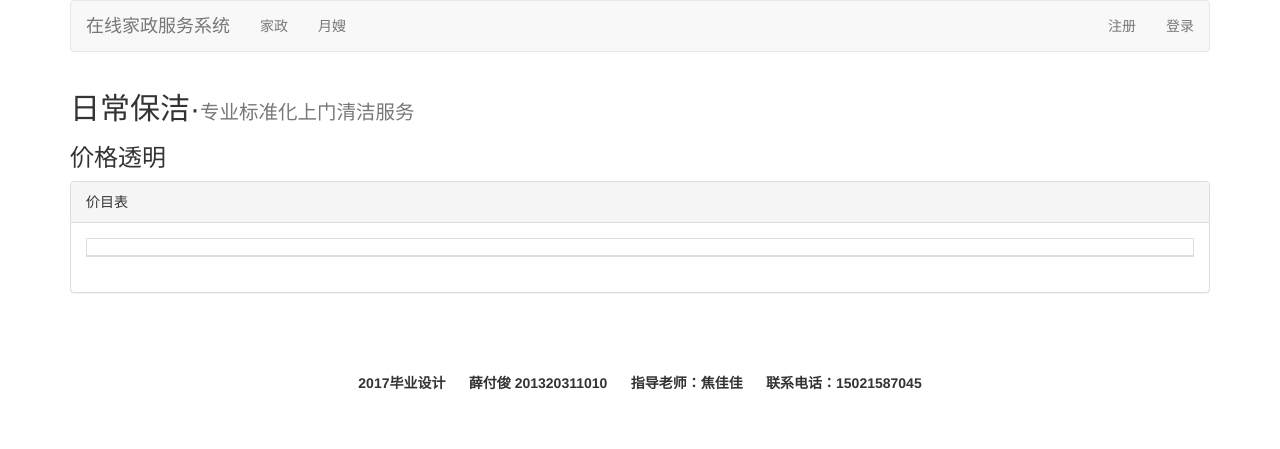
Repository: ELeonCXFJ/MyEclipseWS
Page: http://localhost/MyWeb/jsps/product/keeper/dailywork.jsp
The author's editor kept a copy of each file at every save. The page is drawn from the files as they stood at one save, then again after the next save.
The browser window is 1280 px wide. The pictures show the whole page.
The page is served by Tomcat 9. Nobody is signed in. The application's start-up code is not run. Other server files are loaded and not shown.

Above is the page before, as saved 2017-03-21 05:00:26.

### MyWeb/WebRoot/jsps/product/keeper/dailywork.jsp
<%@ page trimDirectiveWhitespaces="true" language="java" import="java.util.*" pageEncoding="UTF-8"%>
<%@ taglib prefix="c" uri="http://java.sun.com/jsp/jstl/core" %>

<!DOCTYPE html>
<html>
<head>
   <meta charset="utf-8">
   <title>日常保洁</title>
   <script src="<c:url value='/vendor/jquery/jquery.min.js'/>"></script>
   <script src="<c:url value='/vendor/bootstrap/js/bootstrap.min.js'/>"></script>
   <link rel="stylesheet" href="<c:url value='/vendor/bootstrap/css/bootstrap.min.css'/>" />

</head>
<body>

<div class="container">
	<div class="row clearfix">
	<c:import url="/top.jsp" />

		<div class="col-lg-12 col-md-12 col-xs-12 col-sm-12">
			<h2>日常保洁·<small>专业标准化上门清洁服务</small></h2>
			<h3>价格透明</h3>
			<div class="panel panel-default">
				<div class="panel-heading">
					价目表
				</div>
				<div class="panel-body">
					<table class="table table-bordered">
						<thead>
							<tr>
								<th>
							</tr>
						</thead>
					</table>
				</div>
			</div>
		</div>

	</div>
</div>	<!-- container -->
	<c:import url="/bottom.jsp"></c:import>
</body>
</html>

### MyWeb/WebRoot/top.jsp
<%@ page language="java" import="java.util.*" pageEncoding="UTF-8"%>
<%@ taglib prefix="c" uri="http://java.sun.com/jsp/jstl/core" %>

<!DOCTYPE html>
<html>
<head>
   <meta charset="utf-8">
   <title>导航栏</title>
</head>
<body>

<div class="container" align="center">
	<div class="row clearfix">
		<div class="col-lg-12 col-md-12 col-xs-12 col-sm-12">
			<nav class="navbar navbar-default" role="navigation">
				<div class="navbar-header">
					 <button type="button" class="navbar-toggle" data-toggle="collapse" data-target="#bs-example-navbar-collapse-1"> <span class="sr-only">Toggle navigation</span><span class="icon-bar"></span><span class="icon-bar"></span><span class="icon-bar"></span></button> <a class="navbar-brand" href="<c:url value='/index.jsp'/>">在线家政服务系统</a>
				</div>
				<div class="collapse navbar-collapse" id="bs-example-navbar-collapse-1">
					<ul class="nav navbar-nav">
						<li >
							 <a href="#">家政</a>
						</li>
						<li>
							 <a href="#">月嫂</a>
						</li>
					</ul>
					<ul class="nav navbar-nav navbar-right">
					<c:choose>
						<c:when test="${empty sessionScope.sessionUser }">
							<li>
								 <a href="<c:url value='/jsps/user/register.jsp'/>">注册</a>
							</li>
							<li>
								<a href="<c:url value='/jsps/user/login.jsp' />">登录</a>
							</li>
						</c:when>

						<c:otherwise>
							<li>
								 <a href="<c:url value='/OrderServlet?method=getMyOrder'/>">我的订单</a>
							</li>
							<li>
								 <a href="<c:url value='/jsps/user/pwd.jsp'/>">修改密码</a>
							</li>
							<li>
								 <a href="#">购物车</a>
							</li>
							<li>
								<a href="<c:url value="/UserServlet?method=exit"/>">退出</a>
							</li>
						</c:otherwise>
					</c:choose>
					</ul>
				</div>
			</nav>
		</div>
	</div>
</div>
</body>

### MyWeb/WebRoot/bottom.jsp
<%@ page language="java" import="java.util.*" pageEncoding="UTF-8"%>
<%@ taglib prefix="c" uri="http://java.sun.com/jsp/jstl/core" %>

<!DOCTYPE html>
<html>
<head>
   <meta charset="utf-8">
   <title>页脚</title>
   <link rel="stylesheet" href="./vendor/bootstrap/css/bootstrap.min.css">
   <script src="./vendor/bootstrap/js/bootstrap.min.js"></script>
</head>
<body>

	<div align="center">
		<label for=“bottom"></br></br></br>2017毕业设计&nbsp;&nbsp;&nbsp;&nbsp;&nbsp;&nbsp;薛付俊 201320311010&nbsp;&nbsp;&nbsp;&nbsp;&nbsp;&nbsp;指导老师：焦佳佳&nbsp;&nbsp;&nbsp;&nbsp;&nbsp;&nbsp;联系电话：15021587045</label>
	</div>
	<div style="display:none;">
		<label for="hide">bootstrapvalidator引用自：https://github.com/nghuuphuoc/bootstrapvalidator</label>
	</div>
</body>

After the next save:
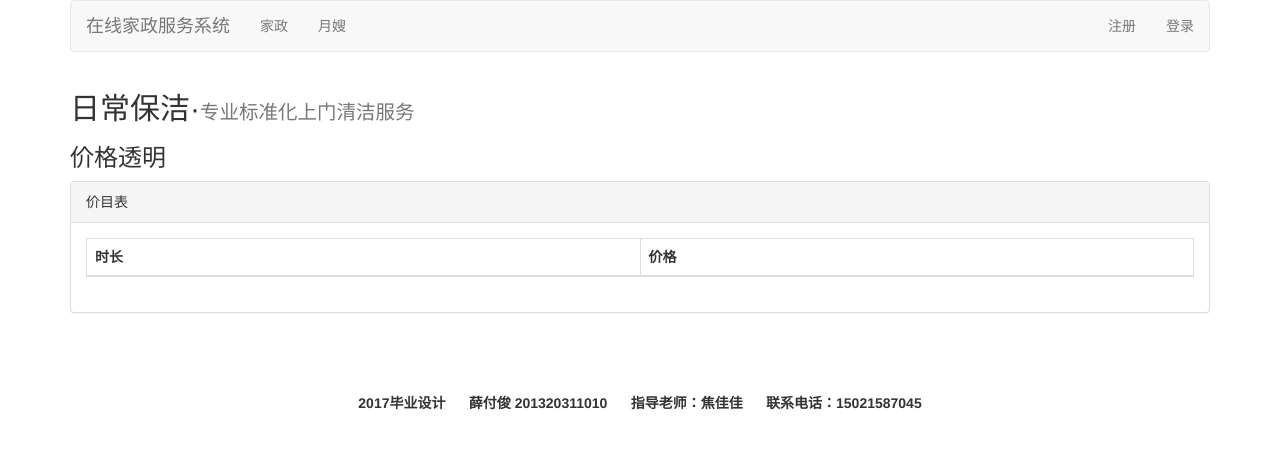
Saved 17 s later.
--- a/MyWeb/WebRoot/jsps/product/keeper/dailywork.jsp
+++ b/MyWeb/WebRoot/jsps/product/keeper/dailywork.jsp
@@ -28,7 +28,8 @@
 					<table class="table table-bordered">
 						<thead>
 							<tr>
-								<th>
+								<th>时长</th>
+								<th>价格</th>
 							</tr>
 						</thead>
 					</table>
